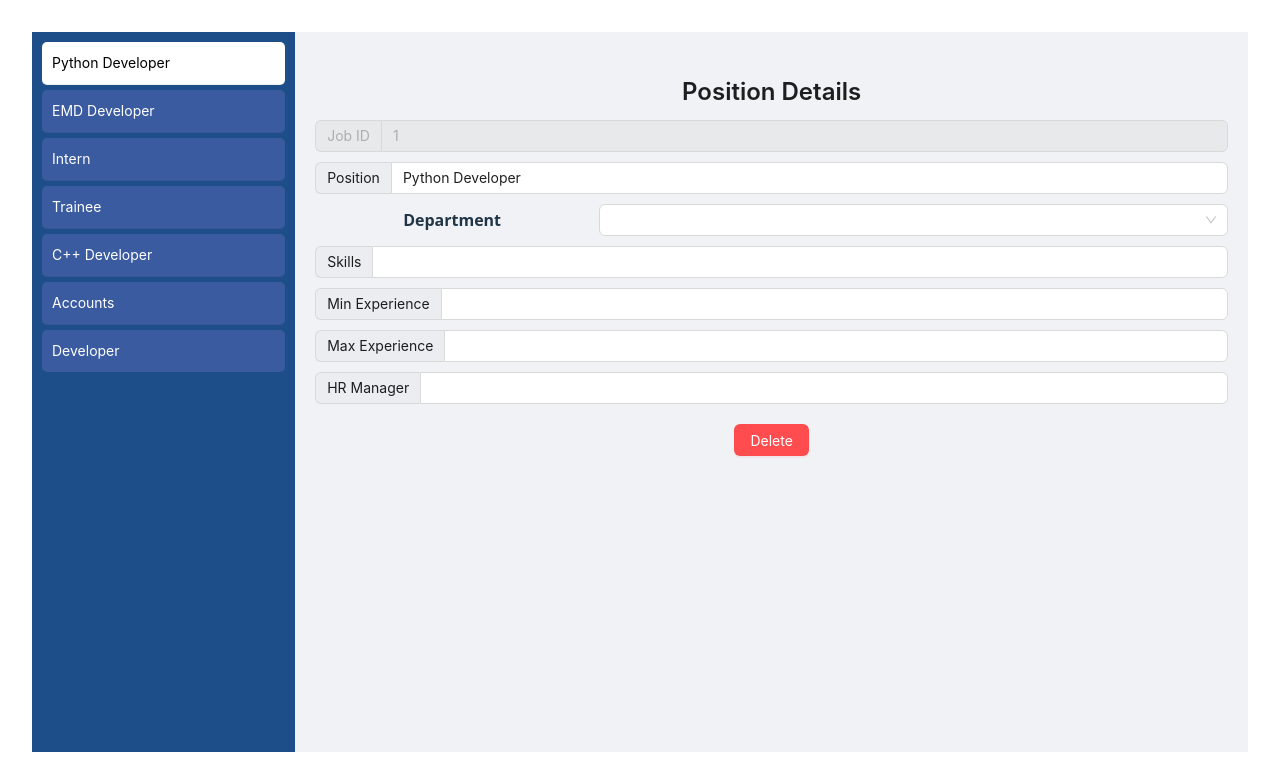
Repository: Moqueed/Delta_Iot
Page: /admin-dashboard/active-positions (app in client/), after clicking the first element matching `li.ant-list-item`
These files come from the project's save history. The page is drawn as it stood at one moment and after the next save; the edit follows.
The browser window is 1280 px wide. The pictures show the whole page.
The project was rebuilt for these pictures with package versions that can differ from the ones it lists, and the page was loaded fresh each time. Also part of the build but not shown: client/vite.config.js, client/src/api/users.js, client/src/pages/Register/index.jsx, client/src/pages/Login/index.jsx, client/src/components/ProtectedRoute.jsx, client/src/pages/HR/HRDashboard.jsx, client/src/pages/Admin/AdminDashboard.jsx, client/src/pages/HR/TotalDataPage.jsx.

Above is the page before, as saved 2025-03-14 14:05:26.

### client/src/App.jsx
import { Route, Routes } from "react-router-dom";
import "./App.css";
import RegisterPage from "./pages/Register";
import LoginPage from "./pages/Login";
import ProtectedRoute from "./components/ProtectedRoute";
import HRDashboard from "./pages/HR/HRDashboard";
import AdminDashboard from "./pages/Admin/AdminDashboard";
import TotalDataPage from "./pages/HR/TotalDataPage";
import ActivePositions from "./pages/Admin/ActivePositions";

function App() {
  return (
    <>
      <Routes>
        <Route path="/register" element={<RegisterPage />} />
        <Route path="/login" element={<LoginPage />} />
        <Route
          path="/hr-dashboard"
          element={
            <ProtectedRoute role="HR">
              <HRDashboard />
            </ProtectedRoute>
          }
        />
        <Route
          path="/admin-dashboard"
          element={
            <ProtectedRoute role="Admin">
              <AdminDashboard />
            </ProtectedRoute>
          }
        />
        <Route path="*" element={<LoginPage />} />
        <Route path="/total-data" element={<TotalDataPage/>}/>
        <Route path="/admin-dashboard/active-positions" element={<ActivePositions/>}/>
      </Routes>
    </>
  );
}

export default App;

### client/src/pages/Admin/ActivePositions.jsx
import React, { useEffect, useState } from "react";
import { deletePosition, fetchPositions } from "../../api/activePositions";
import { Button, Input, Typography, List, Select } from "antd";

const { Title } = Typography;
const { Option } = Select;

const ActivePositions = () => {
  const [positions, setPositions] = useState([
    { job_id: 1, position: "Python Developer" },
    { job_id: 2, position: "EMD Developer" },
    { job_id: 3, position: "Intern" },
    { job_id: 4, position: "Trainee" },
    { job_id: 5, position: "C++ Developer" },
    { job_id: 6, position: "Accounts" },
    { job_id: 7, position: "Developer" },
  ]);
  const [selectedPosition, setSelectedPosition] = useState(null);

  const handleDelete = async (id) => {
    try {
      await deletePosition(id);
      setPositions(positions.filter((pos) => pos.job_id !== id));
      setSelectedPosition(null);
    } catch (error) {
      console.error("Error deleting position", error);
    }
  };

  return (
    <div style={{ display: "flex", height: "100vh" }}>
      {/* Left side: Positions list */}
      <div style={{ width: "20%", backgroundColor: "#1D4E89", padding: "10px" }}>
        <List
          dataSource={positions}
          renderItem={(item) => (
            <List.Item
              style={{
                backgroundColor: selectedPosition === item ? "#ffffff" : "#3a5ba0",
                color: selectedPosition === item ? "#000" : "#ffffff",
                padding: "10px",
                cursor: "pointer",
                marginBottom: "5px",
                borderRadius: "5px",
              }}
              onClick={() => setSelectedPosition(item)}
            >
              {item.position}
            </List.Item>
          )}
        />
      </div>

      {/* Right side: Position details form */}
      <div style={{ flex: 1, padding: "20px", backgroundColor: "#f0f2f5" }}>
        {selectedPosition ? (
          <>
            <Title level={3}>Position Details</Title>
            <Input addonBefore="Job ID" value={selectedPosition.job_id} disabled style={{ marginBottom: "10px" }} />
            <Input addonBefore="Position" value={selectedPosition.position} style={{ marginBottom: "10px" }} />
            <div style={{ display: "flex", alignItems: "center", gap: "10px", marginBottom: "10px" }}>
              <span style={{ fontWeight: "bold", width: "30%" }}>Department</span>
              <Select
                style={{ flex: 1 }}
                value={selectedPosition.department}
                onChange={(value) => setSelectedPosition({ ...selectedPosition, department: value })}
              >
                <Option value="IT">IT</Option>
                <Option value="EMDB">EMDB</Option>
                <Option value="HIGH">HIGH</Option>
                <Option value="Financial">Financial</Option>
                <Option value="Python">Python</Option>
              </Select>
            </div>
            <Input addonBefore="Skills" value={selectedPosition.skills} style={{ marginBottom: "10px" }} />
            <Input addonBefore="Min Experience" value={selectedPosition.minimum_experience} style={{ marginBottom: "10px" }} />
            <Input addonBefore="Max Experience" value={selectedPosition.maximum_experience} style={{ marginBottom: "10px" }} />
            <Input addonBefore="HR Manager" value={selectedPosition.manager} style={{ marginBottom: "10px" }} />
            <Button type="primary" danger onClick={() => handleDelete(selectedPosition.job_id)} style={{ marginTop: "10px" }}>
              Delete
            </Button>
          </>
        ) : (
          <Title level={4}>Select a position to view details</Title>
        )}
      </div>
    </div>
  );
};

export default ActivePositions;

### client/src/api/activePositions.js
import axiosInstance from ".";

// Fetch all active positions
export const fetchPositions = async () => {
  try {
    const response = await axiosInstance.get("/api/positions");
    return response.data;
  } catch (error) {
    console.error("Error fetching positions:", error);
    throw error;
  }
};

// Create a new active position
export const createPosition = async (data) => {
  try {
    const response = await axiosInstance.post("/api/positions", data);
    return response.data;
  } catch (error) {
    console.error("Error creating position:", error);
    throw error;
  }
};

// Update an existing active position
export const updatePosition = async (id, data) => {
  try {
    const response = await axiosInstance.put(`/api/positions/${id}`, data);
    return response.data;
  } catch (error) {
    console.error("Error updating position:", error);
    throw error;
  }
};

// Delete an active position
export const deletePosition = async (id) => {
  try {
    const response = await axiosInstance.delete(`/api/positions/${id}`);
    return response.data;
  } catch (error) {
    console.error("Error deleting position:", error);
    throw error;
  }
};

### client/src/api/index.js
import axios from "axios";

const axiosInstance = axios.create({
  baseURL: "http://localhost:5000",
  headers: { "Content-Type": "application/json" },
});

// ✅ Add token to headers if available
axiosInstance.interceptors.request.use((config) => {
  const token = localStorage.getItem("token");
  if (token) config.headers.Authorization = `Bearer ${token}`;
  return config;
},
function (error) {
    return Promise.reject(error);
  }
);

export default axiosInstance;

Loaded but not shown: client/index.html (common file); client/src/main.jsx (common file); client/src/index.css (common file); client/src/App.css (common file)

After the next save:
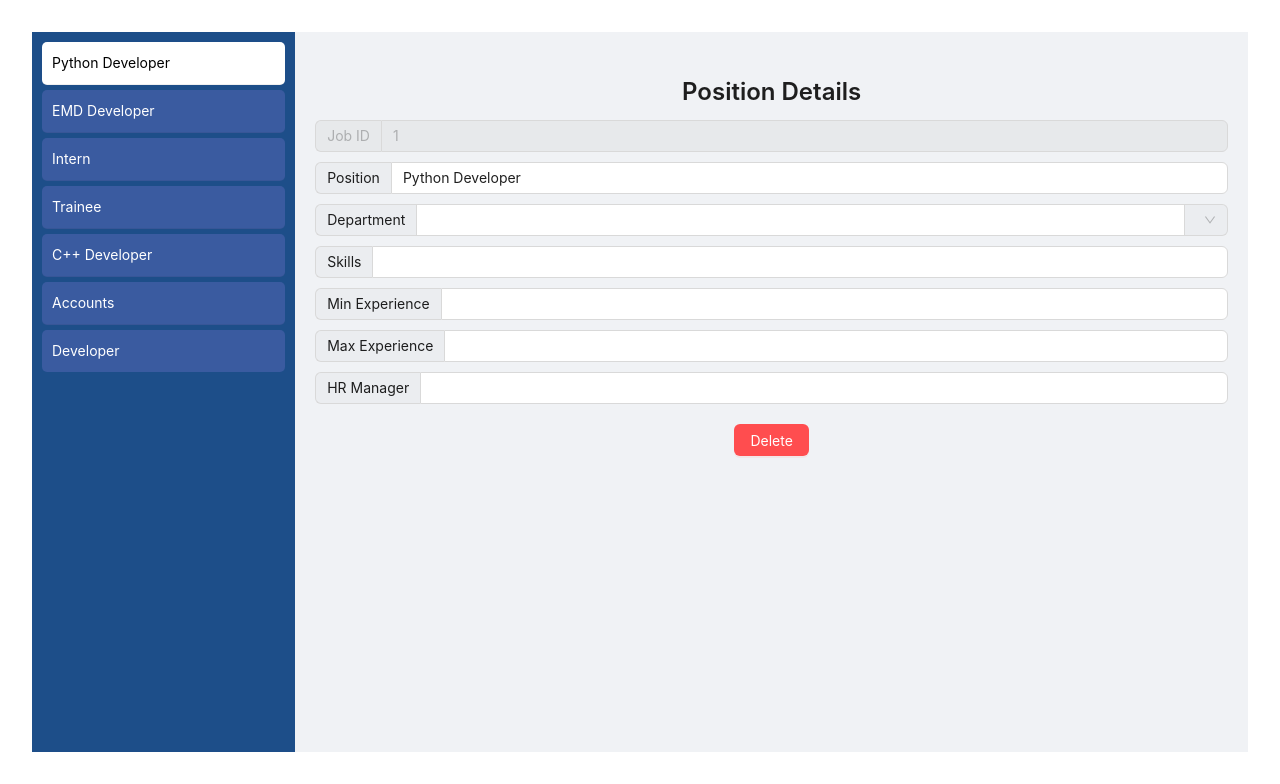
Saved 2 min 26 s later.
--- a/client/src/pages/Admin/ActivePositions.jsx
+++ b/client/src/pages/Admin/ActivePositions.jsx
@@ -58,20 +58,24 @@ const ActivePositions = () => {
             <Title level={3}>Position Details</Title>
             <Input addonBefore="Job ID" value={selectedPosition.job_id} disabled style={{ marginBottom: "10px" }} />
             <Input addonBefore="Position" value={selectedPosition.position} style={{ marginBottom: "10px" }} />
-            <div style={{ display: "flex", alignItems: "center", gap: "10px", marginBottom: "10px" }}>
-              <span style={{ fontWeight: "bold", width: "30%" }}>Department</span>
-              <Select
-                style={{ flex: 1 }}
-                value={selectedPosition.department}
-                onChange={(value) => setSelectedPosition({ ...selectedPosition, department: value })}
-              >
-                <Option value="IT">IT</Option>
-                <Option value="EMDB">EMDB</Option>
-                <Option value="HIGH">HIGH</Option>
-                <Option value="Financial">Financial</Option>
-                <Option value="Python">Python</Option>
-              </Select>
-            </div>
+            <Input
+              addonBefore="Department"
+              style={{ marginBottom: "10px" }}
+              value={selectedPosition.department}
+              readOnly
+              addonAfter={
+                <Select
+                  value={selectedPosition.department}
+                  onChange={(value) => setSelectedPosition({ ...selectedPosition, department: value })}
+                >
+                  <Option value="IT">IT</Option>
+                  <Option value="EMDB">EMDB</Option>
+                  <Option value="HIGH">HIGH</Option>
+                  <Option value="Financial">Financial</Option>
+                  <Option value="Python">Python</Option>
+                </Select>
+              }
+            />
             <Input addonBefore="Skills" value={selectedPosition.skills} style={{ marginBottom: "10px" }} />
             <Input addonBefore="Min Experience" value={selectedPosition.minimum_experience} style={{ marginBottom: "10px" }} />
             <Input addonBefore="Max Experience" value={selectedPosition.maximum_experience} style={{ marginBottom: "10px" }} />
